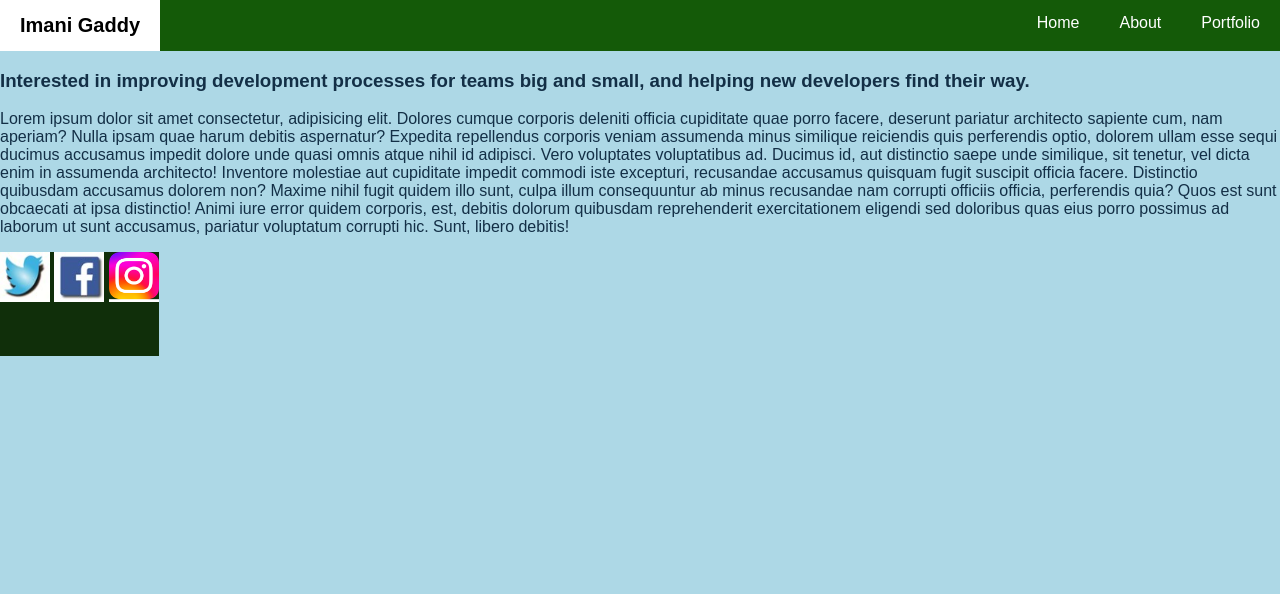
Repository: website-dev-team/website-repo
Page: personal_site/portfolio.html
These files come from the project's save history. The page is drawn as it stood at one moment and after the next save; the edit follows.
The browser window is 1280 px wide. The pictures show the whole page.

Above is the page before, as saved 2024-07-17 00:17:50.

### personal_site/portfolio.html
<!DOCTYPE html>
<html lang="en">
<head>
    <meta charset="UTF-8">
    <meta name="viewport" content="width=device-width, initial-scale=1.0">
    <title>My Personal Website</title>
    <link rel="stylesheet" href="style.css">
</head>
<body>
    <header>
        <nav class="navbar">
            <a class="logo" href="#">Imani Gaddy</a>
            <a href="./portfolio.html" class="nav-item">Portfolio</a>
            <a href="./about.html" class="nav-item">About</a>
            <a href="./home.html" class="nav-item">Home</a>
        </nav>
    </header>
    <div>
        <section>

            <section><h3>Interested in improving development processes for teams big and small, and helping new developers find their way.</h3>
        <p>Lorem ipsum dolor sit amet consectetur, adipisicing elit. Dolores cumque corporis deleniti officia cupiditate quae porro facere, deserunt pariatur architecto sapiente cum, nam aperiam? Nulla ipsam quae harum debitis aspernatur?
        Expedita repellendus corporis veniam assumenda minus similique reiciendis quis perferendis optio, dolorem ullam esse sequi ducimus accusamus impedit dolore unde quasi omnis atque nihil id adipisci. Vero voluptates voluptatibus ad.
        Ducimus id, aut distinctio saepe unde similique, sit tenetur, vel dicta enim in assumenda architecto! Inventore molestiae aut cupiditate impedit commodi iste excepturi, recusandae accusamus quisquam fugit suscipit officia facere.
        Distinctio quibusdam accusamus dolorem non? Maxime nihil fugit quidem illo sunt, culpa illum consequuntur ab minus recusandae nam corrupti officiis officia, perferendis quia? Quos est sunt obcaecati at ipsa distinctio!
        Animi iure error quidem corporis, est, debitis dolorum quibusdam reprehenderit exercitationem eligendi sed doloribus quas eius porro possimus ad laborum ut sunt accusamus, pariatur voluptatum corrupti hic. Sunt, libero debitis!</p>

            </section>
    </div>
    <footer>
        <nav class="navbar2">
            <img src="twitter.jpg" alt="insta" width="50" height="50">
            <img src="facebook.jpg" alt="insta" width="50" height="50">
            <img src="instagram.png" alt="insta" width="50" height="50">

        </nav>
    </footer>
</body>
</html>

### personal_site/style.css
body {
    margin: 0;
    font-family: Arial, Helvetica, sans-serif;
    background-color: #add8e6;
    color: #132f46;

}

.navbar {
    background-color: #145a08;
    overflow: hidden;
}

.navbar a {
    display: inline-block;
    text-decoration: none;
    text-align: center;
    padding: 14px 20px;
    color: white;
}

.navbar a:hover {
    background-color: white;
    color: black;
}

.navbar .logo {
    font-size: 20px;
    font-weight: bold;
    float: left;
}

.navbar .nav-item {
    float: right;
}

.float-left {
    float: right;
}

.navbar2 {
    background-color: #102f0a;
    overflow: hidden;
    padding-bottom: 50px;

}

footer {
    position: absolute;
}

.navbar2 a {
    display: inline-block;
    text-decoration: none;
    text-align: center;
    padding: 14px 20px;
    color: white;
}

.navbar2 a:hover {
    background-color: white;
    color: black;
}

.navbar2 .logo {
    font-size: 20px;
    font-weight: bold;
    float: left;
}

.navbar2 .nav-item {
    float: right;
}

.float-left {
    float: right;
}

After the next save:
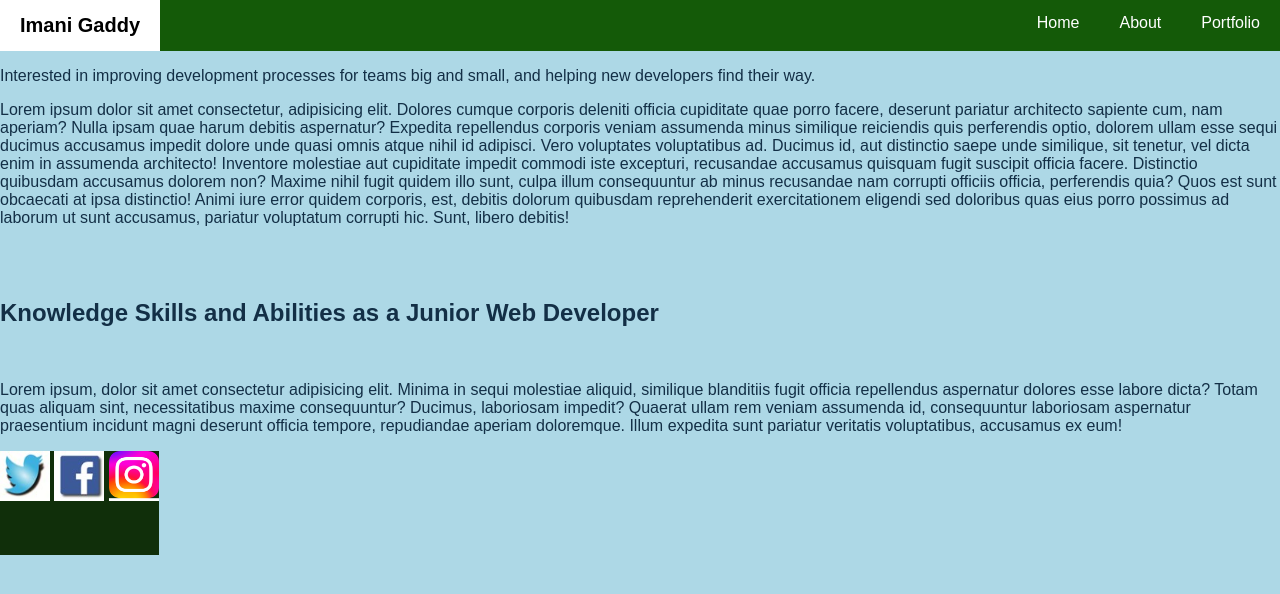
Saved 4 min 38 s later.
--- a/personal_site/portfolio.html
+++ b/personal_site/portfolio.html
@@ -18,13 +18,18 @@
     <div>
         <section>
 
-            <section><h3>Interested in improving development processes for teams big and small, and helping new developers find their way.</h3>
+            <section><p>Interested in improving development processes for teams big and small, and helping new developers find their way.</p>
         <p>Lorem ipsum dolor sit amet consectetur, adipisicing elit. Dolores cumque corporis deleniti officia cupiditate quae porro facere, deserunt pariatur architecto sapiente cum, nam aperiam? Nulla ipsam quae harum debitis aspernatur?
         Expedita repellendus corporis veniam assumenda minus similique reiciendis quis perferendis optio, dolorem ullam esse sequi ducimus accusamus impedit dolore unde quasi omnis atque nihil id adipisci. Vero voluptates voluptatibus ad.
         Ducimus id, aut distinctio saepe unde similique, sit tenetur, vel dicta enim in assumenda architecto! Inventore molestiae aut cupiditate impedit commodi iste excepturi, recusandae accusamus quisquam fugit suscipit officia facere.
         Distinctio quibusdam accusamus dolorem non? Maxime nihil fugit quidem illo sunt, culpa illum consequuntur ab minus recusandae nam corrupti officiis officia, perferendis quia? Quos est sunt obcaecati at ipsa distinctio!
         Animi iure error quidem corporis, est, debitis dolorum quibusdam reprehenderit exercitationem eligendi sed doloribus quas eius porro possimus ad laborum ut sunt accusamus, pariatur voluptatum corrupti hic. Sunt, libero debitis!</p>
-
+            <br>
+            <br>
+            <h2>Knowledge Skills and Abilities as a Junior Web Developer</h2>
+            <br>
+            <p>Lorem ipsum, dolor sit amet consectetur adipisicing elit. Minima in sequi molestiae aliquid, similique blanditiis fugit officia repellendus aspernatur dolores esse labore dicta? Totam quas aliquam sint, necessitatibus maxime consequuntur?
+            Ducimus, laboriosam impedit? Quaerat ullam rem veniam assumenda id, consequuntur laboriosam aspernatur praesentium incidunt magni deserunt officia tempore, repudiandae aperiam doloremque. Illum expedita sunt pariatur veritatis voluptatibus, accusamus ex eum!</p>
             </section>
     </div>
     <footer>
